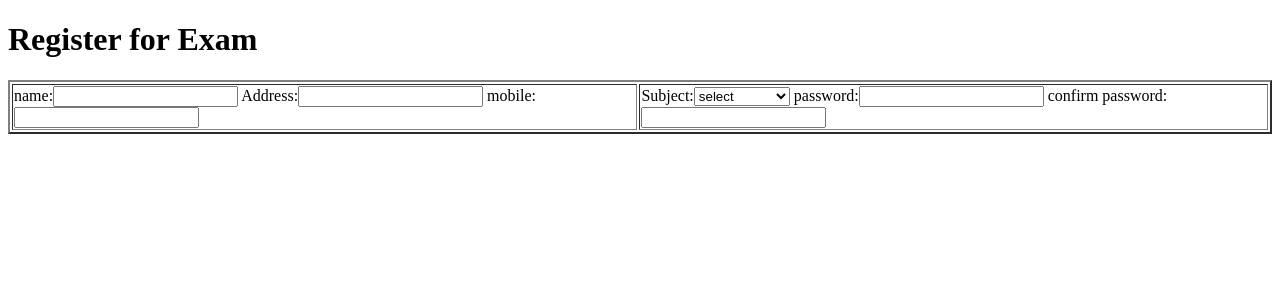
Repository: ravikumar0303/Advance-Java
Page: Assignment/OnlineExam/register.html
These files come from the project's save history. The page is drawn as it stood at one moment and after the next save; the edit follows.
The browser window is 1280 px wide. The pictures show the whole page.

Above is the page before, as saved 2023-06-23 03:46:32.

After the next save:
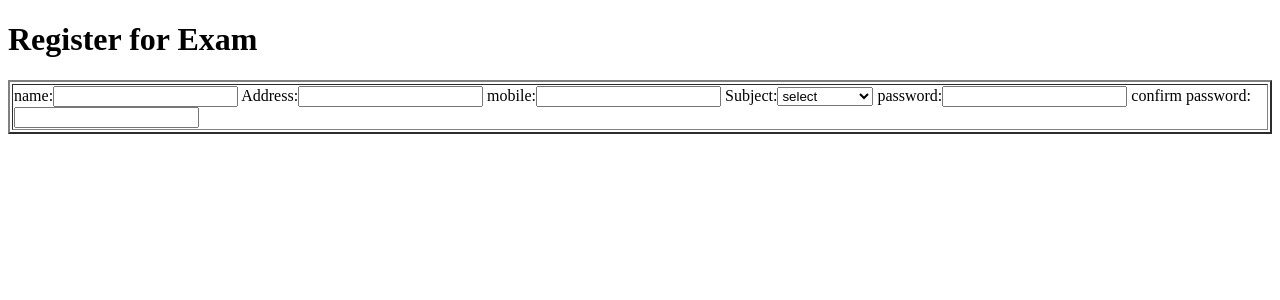
Saved 18 s later.
--- a/Assignment/OnlineExam/register.html
+++ b/Assignment/OnlineExam/register.html
@@ -14,7 +14,7 @@
      name:<input type="text" id="n1"></input>
      Address:<input type="text" id="a1"></input>
      mobile:<input type="text" id="m1"></input>
-   </td> <td> Subject:<select>
+    Subject:<select>
      <option>select</option>
      <option value="cop">COP</option>
      <option value="os">OS</option>
